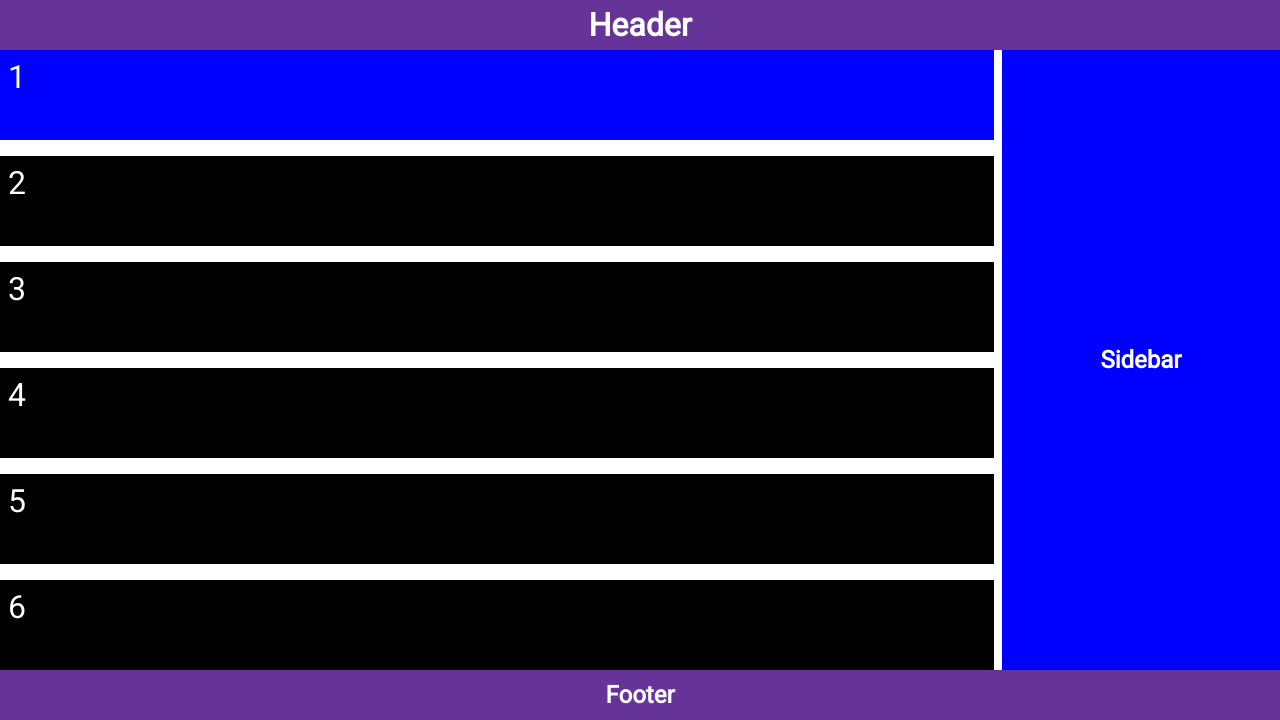
Repository: JavaProgrammerFromEastEurope/project-css-full-tutorial
Page: 15_lesson/index.html
The author's editor kept a copy of each file at every save. The page is drawn from the files as they stood at one save, then again after a run of saves.
The browser window is 1280 px wide. The pictures show the whole page.

Above is the page before, as saved 2023-04-07 11:50:49.

### 15_lesson/index.html
<!DOCTYPE html>
<html lang="en">
  <head>
    <meta charset="UTF-8" />
    <meta http-equiv="X-UA-Compatible" content="IE=edge" />
    <meta name="viewport" content="width=device-width, initial-scale=1.0" />
    <title>CSS Grid</title>
    <link rel="stylesheet" href="css/style.css" />
  </head>

  <body>
    <header class="header el"><h1>Header</h1></header>
    <main class="container">
      <div class="box">1</div>
      <div class="box">2</div>
      <div class="box">3</div>
      <div class="box">4</div>
      <div class="box">5</div>
      <div class="box">6</div>
    </main>
    <aside class="sidebar el"><h2>Sidebar</h2></aside>
    <footer class="footer el"><h2>Footer</h2></footer>
  </body>
</html>

### 15_lesson/css/style.css
@import url('https://fonts.googleapis.com/css2?family=Roboto&display=swap');

* {
  margin: 0;
  padding: 0;
  box-sizing: border-box;
}

body {
  font-family: 'Roboto', sans-serif;
  min-height: 100vh;

  display: grid;
  grid-template-columns: repeat(9, 1fr);
  grid-auto-rows: 50px auto 50px;
  grid-template-areas:
    'hd hd hd hd hd hd hd hd hd'
    'mn mn mn mn mn mn mn sb sb'
    'ft ft ft ft ft ft ft ft ft';
  column-gap: 0.5rem;
}

.el {
  background-color: rebeccapurple;
  color: #fff;
  display: grid;
  place-content: center;
}

.header {
  grid-area: hd;
}

.sidebar {
  grid-area: sb;
  background-color: #00f;
}

.footer {
	grid-area: ft;
}

.container {
	grid-area: mn;
	min-height: 400px;
	display: grid;
	grid-template-columns: repeat(2, 1fr 2fr)
	grid-auto-rows: minmax(150px, auto);
	gap: 1rem;
}

.box {
	background-color: #000;
	color: #fff;
	font-size: 2rem;
	padding: 0.5rem;
}

.box:first-child {
	background-color: #00f;
	grid-column
}

After the next 2 saves:
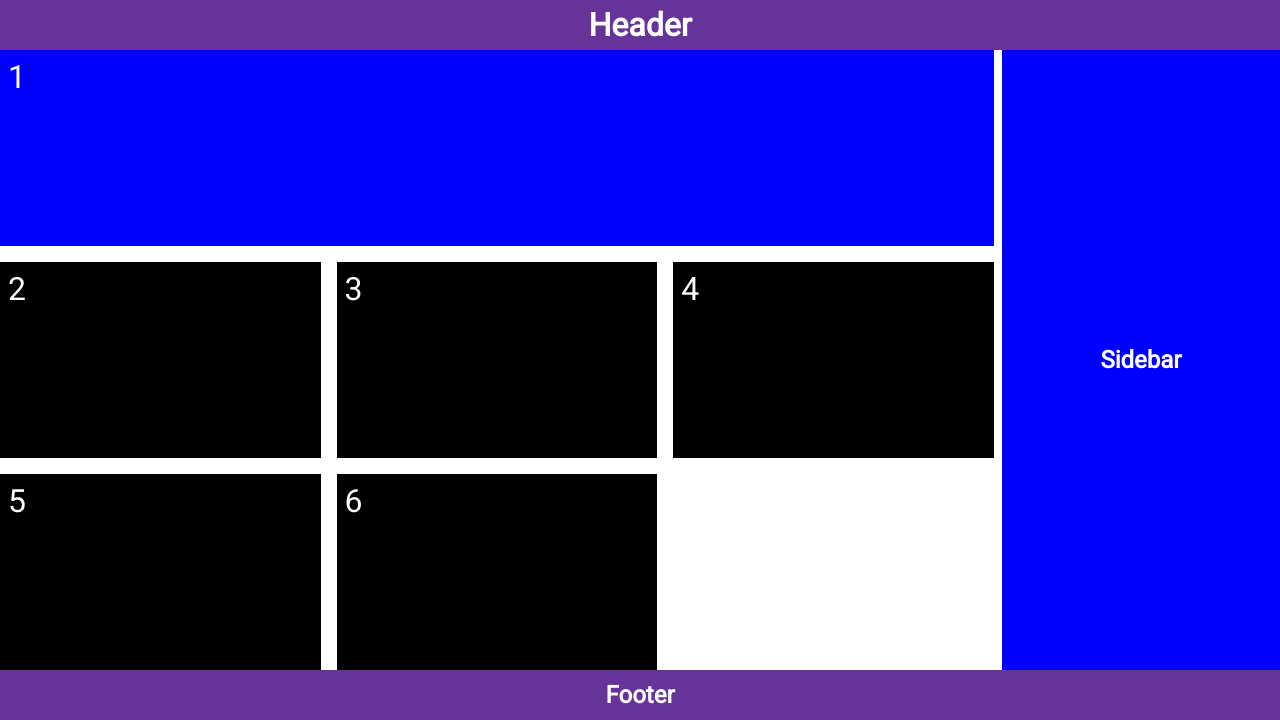
The 2 saves are shown as one change because they came seconds apart.
The last was saved 6 s later.
--- a/15_lesson/css/style.css
+++ b/15_lesson/css/style.css
@@ -58,5 +58,6 @@ body {
 
 .box:first-child {
 	background-color: #00f;
-	grid-column
+	grid-column: 1 / 4;
+	grid
 }
